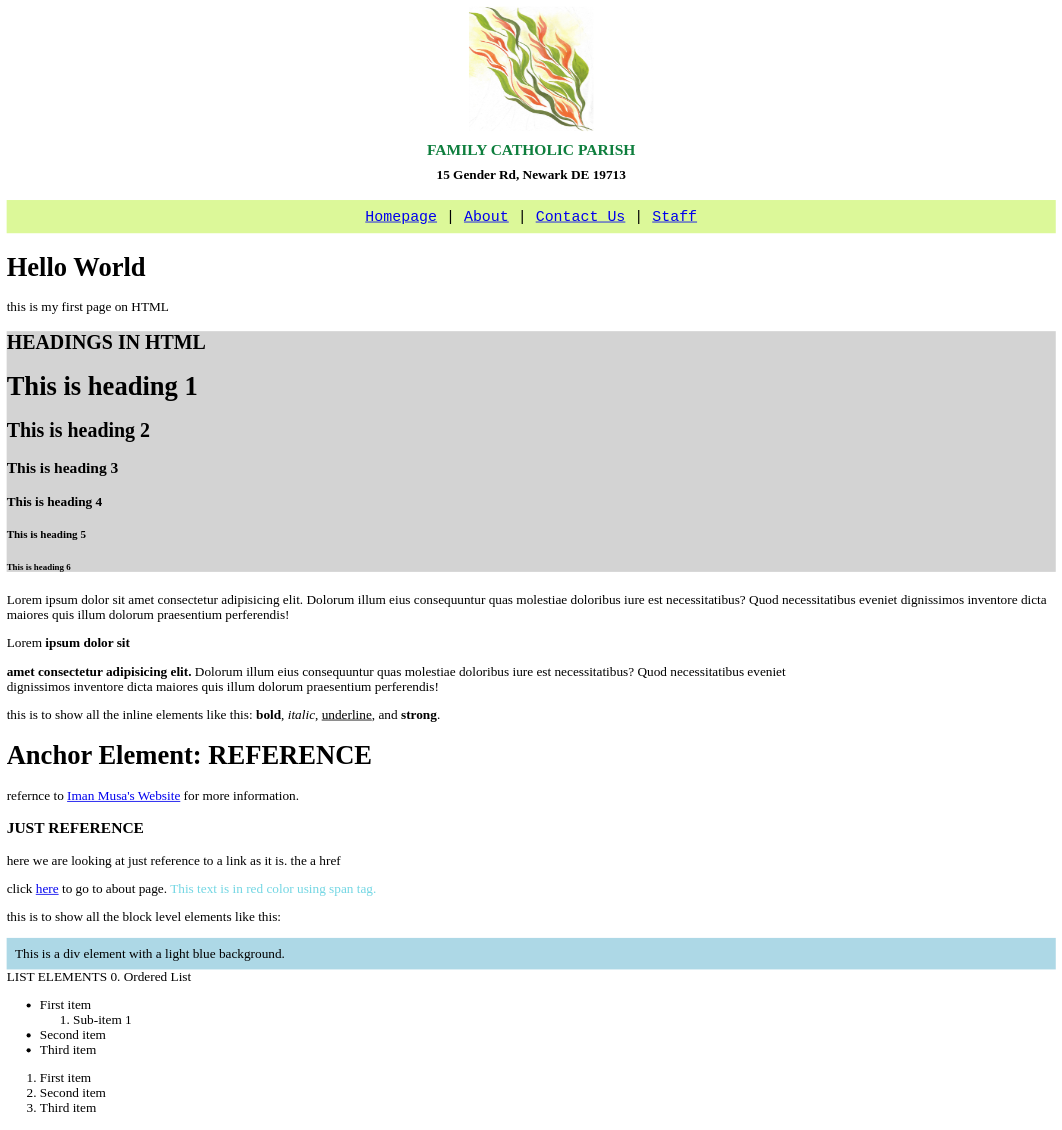
Repository: ficotims/HTML-RESTART
Page: Homepage.html
These files come from the project's save history. The page is drawn as it stood at one moment and after the next save; the edit follows.
The browser window is 1280 px wide. The pictures show the whole page, at 83% of full size.

Above is the page before, as saved 2026-02-03 06:53:21.

### Homepage.html
<!doctype html>
<html lang="en">
  <head>
    <meta charset="UTF-8" />
    <meta name="viewport" content="width=device-width, initial-scale=1.0" />
    <title>HTML Crash course with Iman Musa</title>
  </head>
  <body>
    <div style="text-align: center;">
      <img
        src="images/The Burning Bush.jpg"
        alt="Catholic Church Logo"
        width="150"
        height="150"
      />
    <h3><span style="color: rgb(14, 126, 61);"><div style="line-height: 0;">FAMILY CATHOLIC PARISH</b></span></h3>
    <H4>15 Gender Rd, Newark DE 19713</H4></div>
    <!-- NAVIGATION SECTION -->
     <div style="background-color: rgb(220, 248, 153); padding: 10px; text-align: center; font-size: 18px; font-family: monospace; LEMON MILK">
    <a href="Homepage.html" target="_top">Homepage</a> |
    <a href="about.html">About</a> | <a href="Contact us.html">Contact Us</a> |
    <a href="staff.html">Staff</a>
     </div>

    <h1>Hello World</h1>
    <p>this is my first page on HTML</p>
    <!-- this is a comment and will not appear on the screen/ page -->
    <!-- let us introduce the headings -->
    <div style="background-color: lightgray; padding: px; text-align: left">
      <h2>HEADINGS IN HTML</h2>
    <h1>This is heading 1</h1>
    <h2>This is heading 2</h2>
    <h3>This is heading 3</h3>
    <h4>This is heading 4</h4>
    <h5>This is heading 5</h5>
    <h6>This is heading 6</h6>
    </div>

    <!-- thi is for paragraphs now -->
    <p>
      Lorem ipsum dolor sit amet consectetur adipisicing elit. Dolorum illum
      eius consequuntur quas molestiae doloribus iure est necessitatibus? Quod
      necessitatibus eveniet dignissimos inventore dicta maiores quis illum
      dolorum praesentium perferendis!
    </p>

    <p>
      Lorem <b>ipsum dolor sit <div>amet consectetur adipisicing elit.</b> Dolorum
      illum eius consequuntur quas molestiae doloribus iure est necessitatibus?
      Quod necessitatibus eveniet </div>dignissimos inventore dicta maiores quis illum
      dolorum praesentium perferendis!
    </p>


    <!-- this is for inline leve elements -->

    <p>
      this is to show all the inline elements like this: <b>bold</b>,
      <i>italic</i>, <u>underline</u>, and <strong>strong</strong>.
      <br />

      <!-- using the other inline elements: Anchor Elements (which are just links) -->
    </p>
    <h1>Anchor Element: REFERENCE</h1>
    refernce to
    <a href="https://www.google.com" target="_blank">Iman Musa's Website</a> for
    more information.
    <h3>JUST REFERENCE</h3>
    <p>here we are looking at just reference to a link as it is. the a href</p>
    click <a href="about.html" target="_blank">here</a> to go to about page.

    <!-- SPAN ELEMENT -->
    <span style="color: rgba(31, 190, 211, 0.63)">This text is in red color using span tag.</span>
    <p>
      <!-- now let us introduce the block level elements -->
      this is to show all the block level elements like this:
    </p>

    <div style="background-color: lightblue; padding: 10px">
      This is a div element with a light blue background.
    </div>

    <!-- this is LIST -->
<hi2>LIST ELEMENTS</h2>

    0. Ordered List

    <ul>
      <li>First item</li>
      <ol><li>Sub-item 1</li></ol>
      <li>Second item</li>
      <li>Third item</li>
    </ul>

    <ol>
      <li>First item</li>
      <li>Second item</li>
      <li>Third item</li>
    </ol>
  </body>
</html>

After the next save:
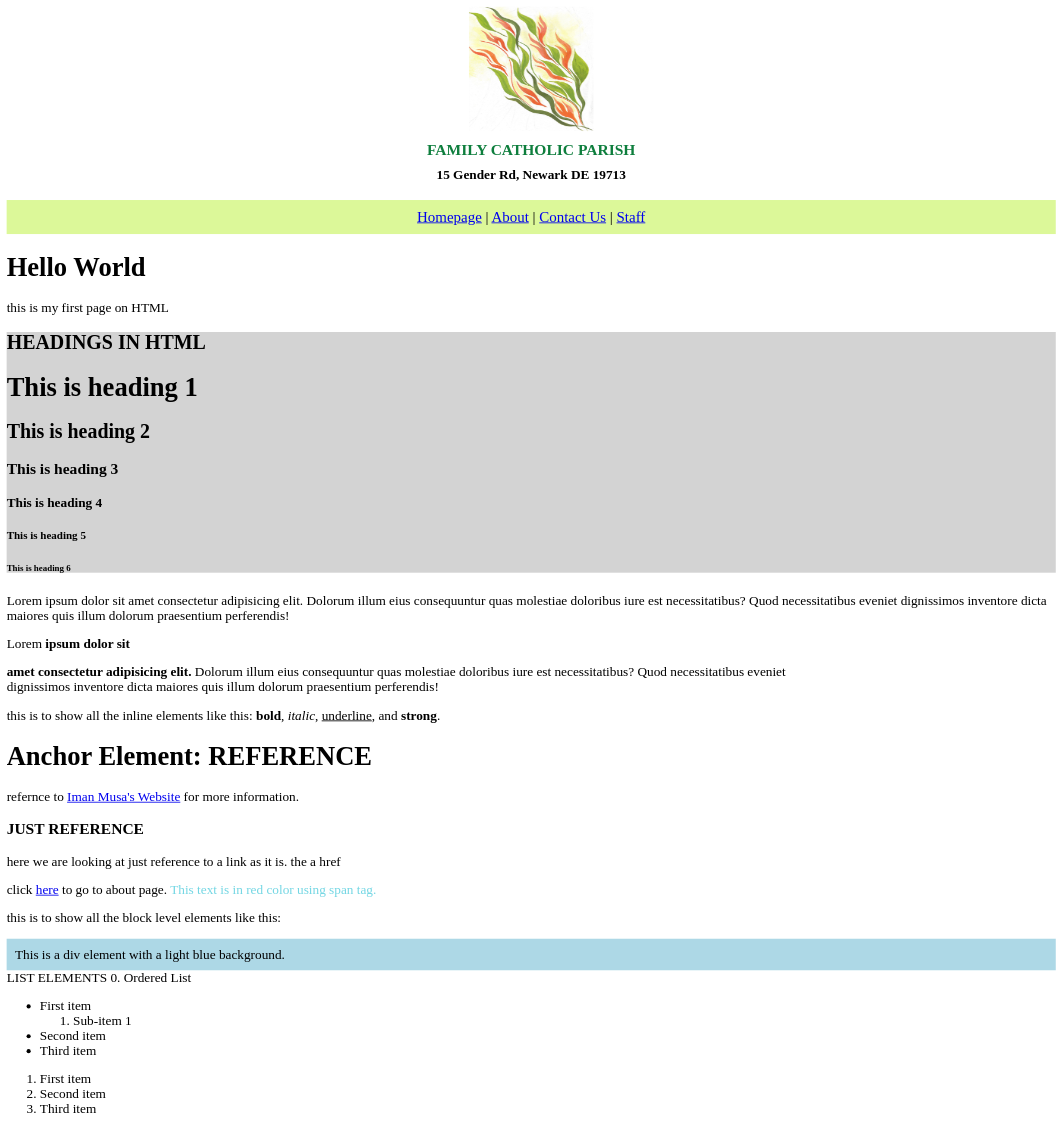
Saved 13 s later.
--- a/Homepage.html
+++ b/Homepage.html
@@ -16,7 +16,7 @@
     <h3><span style="color: rgb(14, 126, 61);"><div style="line-height: 0;">FAMILY CATHOLIC PARISH</b></span></h3>
     <H4>15 Gender Rd, Newark DE 19713</H4></div>
     <!-- NAVIGATION SECTION -->
-     <div style="background-color: rgb(220, 248, 153); padding: 10px; text-align: center; font-size: 18px; font-family: monospace; LEMON MILK">
+     <div style="background-color: rgb(220, 248, 153); padding: 10px; text-align: center; font-size: 18px; font-family: monospace LEMON MILK">
     <a href="Homepage.html" target="_top">Homepage</a> |
     <a href="about.html">About</a> | <a href="Contact us.html">Contact Us</a> |
     <a href="staff.html">Staff</a>

After the save that followed:
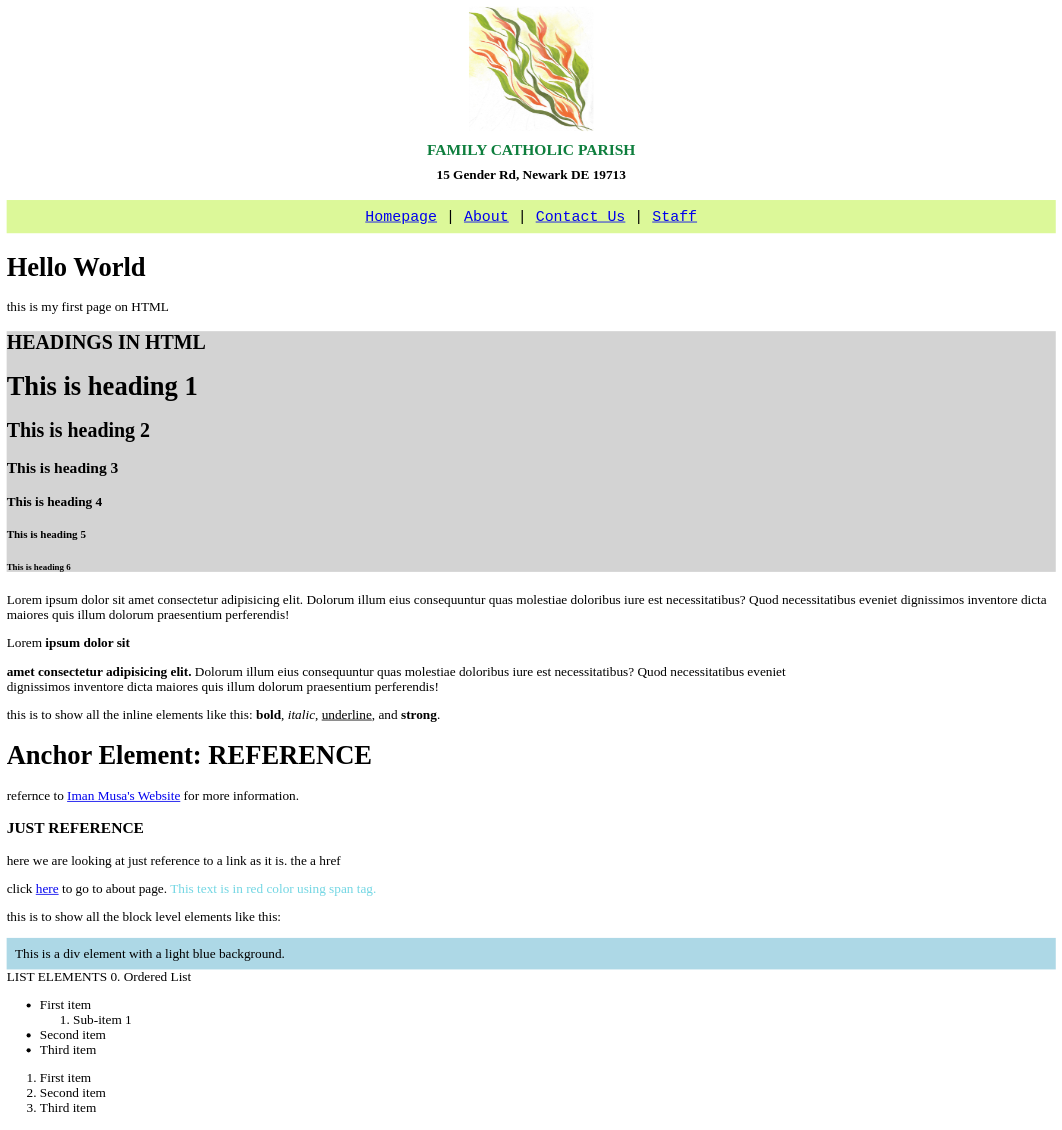
Saved 52 s later.
--- a/Homepage.html
+++ b/Homepage.html
@@ -16,7 +16,7 @@
     <h3><span style="color: rgb(14, 126, 61);"><div style="line-height: 0;">FAMILY CATHOLIC PARISH</b></span></h3>
     <H4>15 Gender Rd, Newark DE 19713</H4></div>
     <!-- NAVIGATION SECTION -->
-     <div style="background-color: rgb(220, 248, 153); padding: 10px; text-align: center; font-size: 18px; font-family: monospace LEMON MILK">
+     <div style="background-color: rgb(220, 248, 153); padding: 10px; text-align: center; font-size: 18px; font-family: monospace, Lemon milk;">
     <a href="Homepage.html" target="_top">Homepage</a> |
     <a href="about.html">About</a> | <a href="Contact us.html">Contact Us</a> |
     <a href="staff.html">Staff</a>
